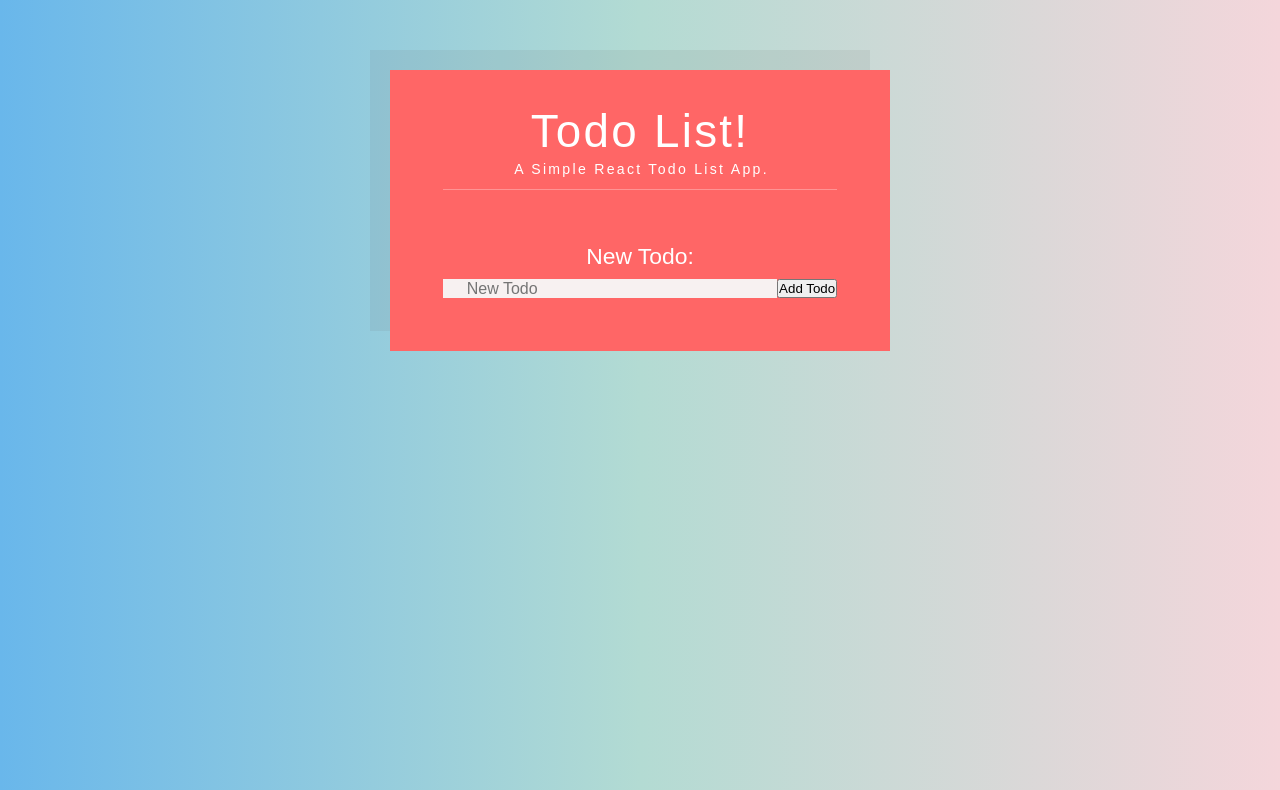
Repository: zhapar/todo-app
Page: /
An editor plug-in stored every save of this project. The page is shown before and after the next save, followed by the edit.
The browser window is 1280 px wide. The pictures show the whole page.
Some web libraries are served in a nearby version. The project was rebuilt for these pictures with package versions that can differ from the ones it lists, and the page was loaded fresh each time. Also part of the build but not shown: src/Todo.css, src/Todo.js.

Above is the page before, as saved 2020-08-26 21:39:46.

### public/index.html
<!DOCTYPE html>
<html lang="en">

<head>
  <meta charset="utf-8" />
  <link rel="icon" href="%PUBLIC_URL%/favicon.ico" />
  <meta name="viewport" content="width=device-width, initial-scale=1" />
  <meta name="theme-color" content="#000000" />
  <meta name="description" content="Web site created using create-react-app" />
  <link rel="apple-touch-icon" href="%PUBLIC_URL%/logo192.png" />
  <link rel="stylesheet" href="https://cdnjs.cloudflare.com/ajax/libs/font-awesome/5.14.0/css/all.min.css"
    integrity="sha512-1PKOgIY59xJ8Co8+NE6FZ+LOAZKjy+KY8iq0G4B3CyeY6wYHN3yt9PW0XpSriVlkMXe40PTKnXrLnZ9+fkDaog=="
    crossorigin="anonymous" />
  <!--
      manifest.json provides metadata used when your web app is installed on a
      user's mobile device or desktop. See https://developers.google.com/web/fundamentals/web-app-manifest/
    -->
  <link rel="manifest" href="%PUBLIC_URL%/manifest.json" />
  <!--
      Notice the use of %PUBLIC_URL% in the tags above.
      It will be replaced with the URL of the `public` folder during the build.
      Only files inside the `public` folder can be referenced from the HTML.

      Unlike "/favicon.ico" or "favicon.ico", "%PUBLIC_URL%/favicon.ico" will
      work correctly both with client-side routing and a non-root public URL.
      Learn how to configure a non-root public URL by running `npm run build`.
    -->
  <title>Todo List</title>
</head>

<body>
  <noscript>You need to enable JavaScript to run this app.</noscript>
  <div id="root"></div>
  <!--
      This HTML file is a template.
      If you open it directly in the browser, you will see an empty page.

      You can add webfonts, meta tags, or analytics to this file.
      The build step will place the bundled scripts into the <body> tag.

      To begin the development, run `npm start` or `yarn start`.
      To create a production bundle, use `npm run build` or `yarn build`.
    -->
</body>

</html>

### src/index.css
* {
  margin: 0;
  padding: 0;
  box-sizing: border-box;
}

html,
body {
  background: linear-gradient(90deg, #69b7eb, #b3dbd3, #f4d6db);
  font-size: 1.1rem;
  font-family: 'Quicksand', sans-serif;
  height: 100%;
}

### src/App.js
import React from "react";
import TodoList from "./TodoList";
import "./App.css";

function App() {
  return (
    <div className="App">
      <TodoList />
    </div>
  );
}

export default App;

### src/TodoList.js
import React, { Component } from "react";
import NewTodoForm from "./NewTodoForm";
import Todo from "./Todo";
import "./TodoList.css";

class TodoList extends Component {
  constructor(props) {
    super(props);
    this.state = {
      todos: [],
    };
    this.create = this.create.bind(this);
    this.remove = this.remove.bind(this);
    this.update = this.update.bind(this);
    this.toggleCompletetion = this.toggleCompletetion.bind(this);
  }

  create(newTask) {
    this.setState({ todos: [...this.state.todos, newTask] });
  }

  remove(id) {
    const todos = this.state.todos.filter((todo) => todo.id !== id);
    this.setState({ todos });
  }

  update(id, updatedTask) {
    const todos = this.state.todos.map((todo) => {
      if (todo.id === id) {
        return { ...todo, task: updatedTask };
      }
      return todo;
    });

    this.setState({ todos });
  }

  toggleCompletetion(id) {
    const todos = this.state.todos.map((todo) => {
      if (todo.id === id) {
        return { ...todo, completed: !todo.completed };
      }
      return todo;
    });

    this.setState({ todos });
  }

  render() {
    const todos = this.state.todos.map((todo) => {
      return (
        <Todo
          key={todo.id}
          id={todo.id}
          task={todo.task}
          completed={todo.completed}
          removeTodo={this.remove}
          updateTodo={this.update}
          toggleTodo={this.toggleCompletetion}
        />
      );
    });
    return (
      <div className="TodoList">
        <h1>
          Todo List! <span>A Simple React Todo List App.</span>
        </h1>
        <ul>{todos}</ul>
        <NewTodoForm createTask={this.create} />
      </div>
    );
  }
}

export default TodoList;

### src/NewTodoForm.js
import React, { Component } from "react";
import { v4 as uuid } from "uuid";
import "./NewTodoForm.css";

class NewTodoForm extends Component {
  constructor(props) {
    super(props);
    this.state = { task: "" };
    this.handleChange = this.handleChange.bind(this);
    this.handleSubmit = this.handleSubmit.bind(this);
  }

  handleChange(e) {
    this.setState({ [e.target.name]: e.target.value });
  }

  handleSubmit(e) {
    e.preventDefault();
    this.props.createTask({ ...this.state, id: uuid(), completed: false });
    this.setState({ task: "" });
  }

  render() {
    return (
      <form className="NewTodoForm" onSubmit={this.handleSubmit}>
        <label htmlFor="task">New Todo: </label>
        <input
          placeholder="New Todo"
          type="text"
          name="task"
          id="task"
          value={this.state.task}
          onChange={this.handleChange}
        />
        <button>Add Todo</button>
      </form>
    );
  }
}

export default NewTodoForm;

### src/TodoList.css
.TodoList {
  margin: 4rem auto;
  padding: 2rem 3rem 3rem;
  max-width: 500px;
  background: #ff6666;
  color: #ffffff;
  box-shadow: -20px -20px 0px 0px rgba(100, 100, 100, 0.1);
}

.TodoList ul {
  margin-top: 2.6rem;
  list-style: none;
}

.TodoList h1 {
  font-weight: normal;
  font-size: 2.6rem;
  letter-spacing: 0.05em;
  border-bottom: 1px solid rgba(255, 255, 255, 0.3);
}

.TodoList h1 span {
  display: block;
  font-size: 0.8rem;
  margin-bottom: 0.7rem;
  margin-left: 3px;
  margin-top: 0.2rem;
}

### src/NewTodoForm.css
.NewTodoForm {
  margin-top: 3rem;
  display: flex;
  flex-wrap: wrap;
}

.NewTodoForm label {
  min-width: 100%;
  margin-bottom: 0.5rem;
  font-size: 1.3rem;
}

.NewTodoForm input {
  flex-grow: 1;
  border: none;
  background: #f7f1f1;
  padding: 0 1.5em;
  font-size: initial;
}

Loaded but not shown: src/index.js (common file); src/serviceWorker.js (common file); src/App.css (common file)

After the next save:
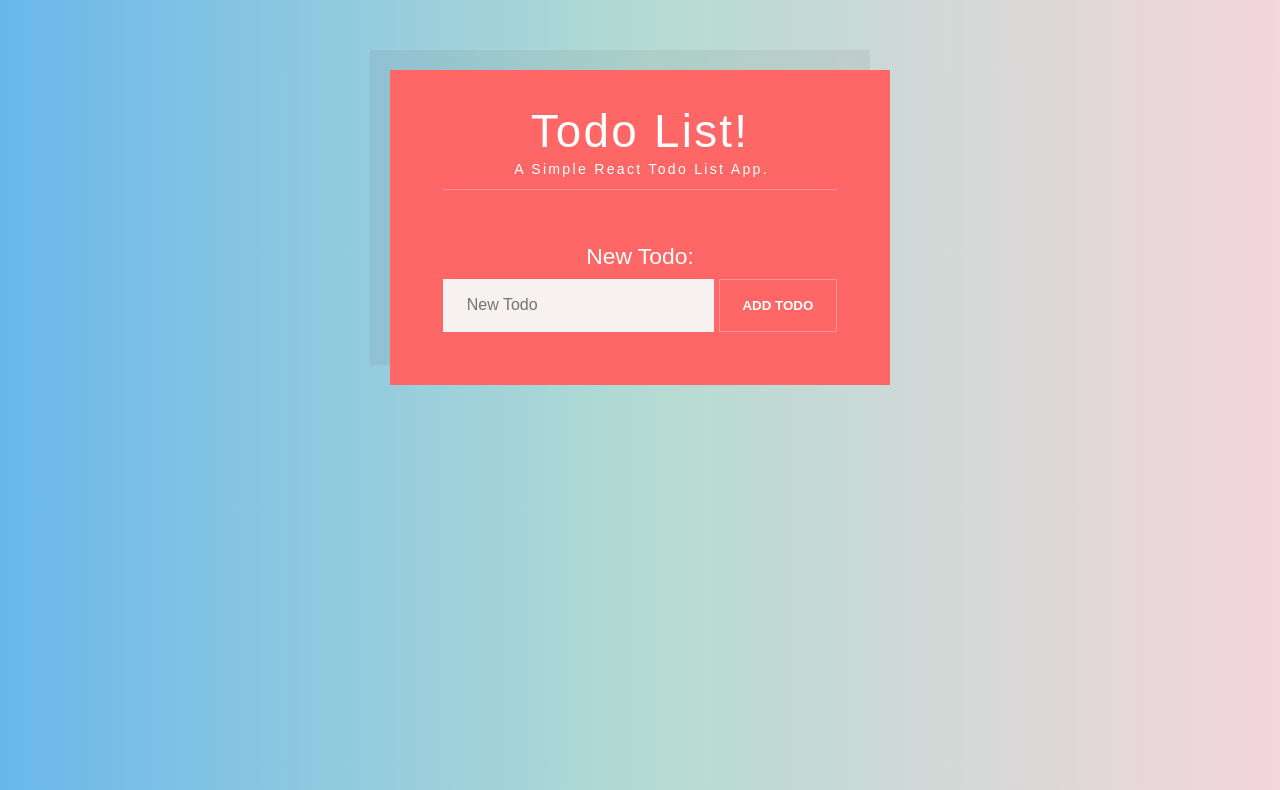
Saved 85 s later.
--- a/src/NewTodoForm.css
+++ b/src/NewTodoForm.css
@@ -17,3 +17,26 @@
   padding: 0 1.5em;
   font-size: initial;
 }
+
+.NewTodoForm button {
+  padding: 0 1.3rem;
+  border: none;
+  background: #ff6666;
+  color: #ffffff;
+  text-transform: uppercase;
+  font-weight: bold;
+  border: 1px solid rgba(255, 255, 255, 0.3);
+  margin-left: 5px;
+  cursor: pointer;
+  transition: background 0.2s ease-out;
+}
+
+.NewTodoForm button:hover {
+  background: #ff5e5e;
+}
+
+.NewTodoForm input,
+.NewTodoForm button {
+  font-family: 'Quicksand', sans-serif;
+  height: 3rem;
+}
